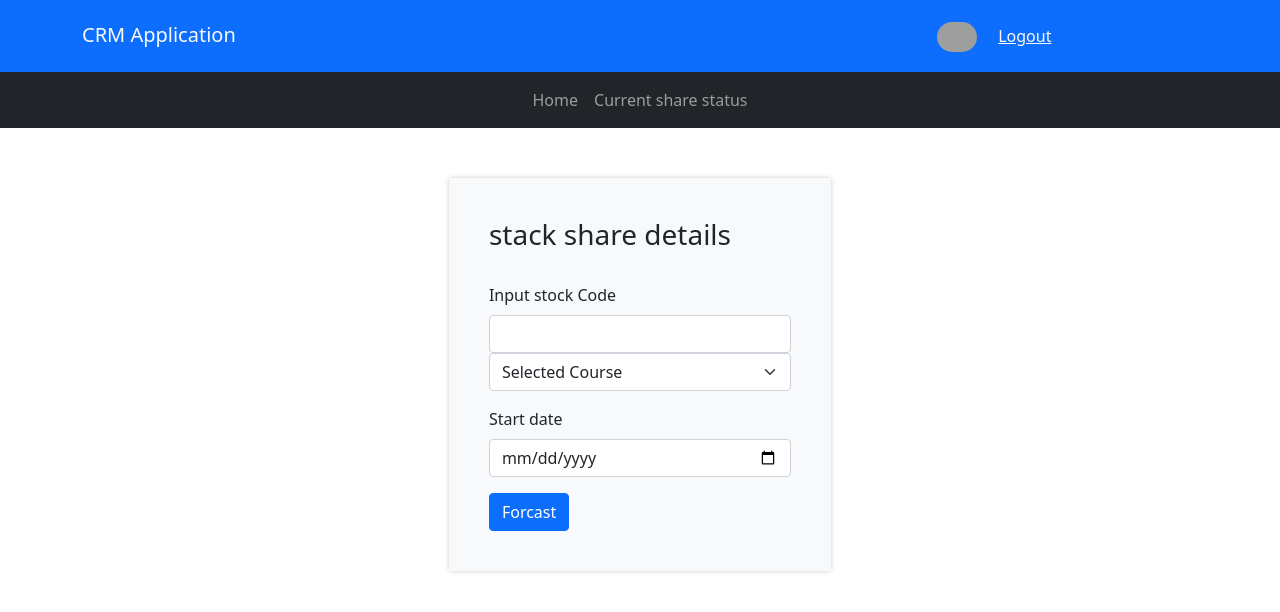
Repository: DevloperSudip/Insight-Dashboard
Page: http://localhost/DashProject/WEB-INF/views/forcastdata.jsp
The author's editor kept a copy of each file at every save. The page is drawn from the files as they stood at one save, then again after the next save.
The browser window is 1280 px wide. The pictures show the whole page.
Pictures or frames that could not be fetched are drawn as grey boxes. The page is served by Tomcat 10. Nobody is signed in. Other server files are loaded and not shown. The template is opened directly, without the code that normally fills it, so the values that code supplies are empty.

Above is the page before, as saved 2024-04-24 09:44:59.

### DashProject_FinalProject/DashProject/src/main/webapp/WEB-INF/views/forcastdata.jsp
<%@ page language="java" contentType="text/html; charset=ISO-8859-1"
    pageEncoding="ISO-8859-1"%>
<!DOCTYPE html>
<html>
<head>
<meta charset="ISO-8859-1">
<title>Insert title here</title>
<meta charset="utf-8">
        <meta name="viewport" content="width=device-width, initial-scale=1">
        <link href="https://cdn.jsdelivr.net/npm/bootstrap@5.0.2/dist/css/bootstrap.min.css" rel="stylesheet" />
        <script src="https://cdn.jsdelivr.net/npm/bootstrap@5.0.2/dist/js/bootstrap.bundle.min.js"></script>

        <link rel="stylesheet" type="text/css" href="css/style.css" />

        <script src="https://cdnjs.cloudflare.com/ajax/libs/Chart.js/2.9.4/Chart.js"></script>
        	<script type="text/javascript">
			function getSelectedCourse()
			{
				var selectedcourse = document.getElementById('coursename').value;
				//alert(selectedcourse);

				if(selectedcourse !== "")
				{
					var xhr = new XMLHttpRequest();
					xhr.open("GET", "/getCoursePrices?selectedcourse="+selectedcourse, true);
					xhr.onreadystatechange = function() {
						if(xhr.readyState === 4 && xhr.status === 200)
						{
							var response = JSON.parse(xhr.responseText);

							var product = response;

							var discountedprice = product.discountedprice;
							var originalprice = product.originalprice;

							document.getElementById("originalpriceid").textContent = originalprice;
							document.getElementById("discountedpriceid").textContent = discountedprice;

							$("#priceDivId").css("visibility", "visible");
						}
					};
					xhr.send();
				}
				else
				{
					$("#priceDivId").css("visibility", "hidden");
				}
			}
		</script>
</head>
<body>
 <jsp:include page="header-employee.jsp" />

<div class="container-fluid">
			<div class="container">


				<div class="row">
					<div class="col-3"></div>
					<div class="col-6 d-flex justify-content-center">
						<div class="addemp_div_design bg-light">
							<h3>stack share details  </h3>
							<br />
							<form action="addEmpForm" method="post" >
								<div class="mb-3">
									<label class="form-label">Input stock Code</label>
									<input type="text" name="stockCode" id="stockCode " Class="form-control"/>
									<select type="coursename" id="coursename" Class="form-select" onchange="getSelectedCourse()">
										<option value="">Selected Course</option>
										<options items="${model_coursename_list}" />
									</select>
								</div>
								<div class="mb-3">
									<label class="form-label">Start date</label>
									<input type="date" name="startdate" id="startdate" Class="form-control"/>
								</div>

								<input type="submit" value="Forcast" class="btn btn-primary" />
							</form>
						</div>
					</div>
					<div class="col-3"></div>
				</div>
			</div>
		</div>
</body>
</html>

### DashProject_FinalProject/DashProject/src/main/webapp/WEB-INF/views/header-employee.jsp
<%@ page language="java" contentType="text/html; charset=ISO-8859-1"
    pageEncoding="ISO-8859-1"%>
<!DOCTYPE html>
<html>
	<head>
		<meta charset="ISO-8859-1">
		<title>Insert title here</title>
	</head>
	<body>
		<div class="container-fluid bg-primary header_design">
            <div class="container">
                <div class="row">
                    <div class="col-3">
                        <a href="homeEmployee" class="navbar-brand text-light"> CRM Application </a>
                    </div>
                    <div class="col-6"> </div>
                    <div class="col-3">
                        <a class="navbar-brand text-light" href="profileEmployee">
                            <img src="images/admin_profile_pic.png" alt="" style="width:40px;" class="rounded-pill">
                            ${session_employee.getName()}
                        </a>
                        <a href="logout" class="text-light"> Logout </a>
                    </div>
                </div>
            </div>
        </div>

        <nav class="navbar navbar-expand-sm bg-dark navbar-dark container-fluid">
            <div class="container">
                <button class="navbar-toggler" type="button" data-bs-toggle="collapse" data-bs-target="#collapsibleNavbar">
                    <span class="navbar-toggler-icon"></span>
                </button>
                <div class="collapse navbar-collapse justify-content-center" id="collapsibleNavbar">
                    <ul class="navbar-nav">
                    	<li class="nav-item">
                            <a class="nav-link" href="homeEmployee">Home</a>
                        </li>
                       <!--  <li class="nav-item">
                            <a class="nav-link" href="customerEnquiryPage">Customer's Enquiry</a>
                        </li>
                        <li class="nav-item">
                            <a class="nav-link" href="customerFolloupPage">Customer Follow Ups</a>
                        </li> -->
                    <li class="nav-item">
                            <a class="nav-link" href="forcast">Current share status</a>
                        </li>
                    </ul>
                </div>
            </div>
        </nav>
	</body>
</html>

### DashProject_FinalProject/DashProject/src/main/resources/static/css/style.css
.header_design
{
    height: auto;
    width: 100%;
    float: left;
    padding: 20px;
}
.main_page_banner
{
    height: auto;
    width: auto;
    background-image: url('https://c4.wallpaperflare.com/wallpaper/163/392/912/map-wold-map-technology-world-wallpaper-preview.jpg');
    /* opacity: .8; */
    /* background-size: cover; */
}
.main_page_title
{
    float: left;
    margin-top: 80px;
    font-size: 26px;
    color: white;
    text-shadow: 1px 1px 1px #ffff00;
}
.login_div_design
{
    padding: 40px;
    box-shadow: 0px 0px 5px #cccccc;
    float: left;
    margin-top: 50px;
}
.addemp_div_design
{
    width: 70%;
    padding: 40px;
    box-shadow: 0px 0px 5px #cccccc;
    float: left;
    margin-top: 50px;
}
.form_div_design
{
	width: 100%;
	padding: 40px;
	box-shadow: 0px 0px 5px #cccccc;
	float: left;
    margin-top: 20px;
}
.error_message_design
{
	color: red;
	font-size: 14px;
	font-weight: bold;
}
.course_details_div
{
	height: auto;
	width: auto;
	padding: 20px;
	box-shadow: 0px 0px 5px #cccccc;
}

After the next save:
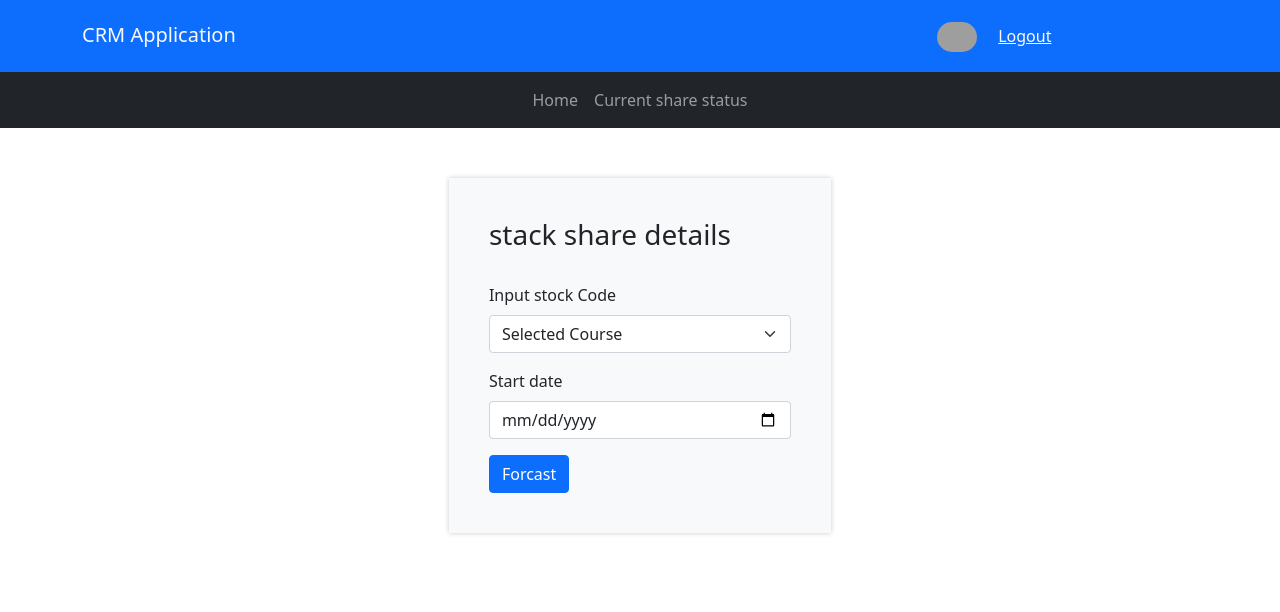
Saved 17 s later.
--- a/DashProject_FinalProject/DashProject/src/main/webapp/WEB-INF/views/forcastdata.jsp
+++ b/DashProject_FinalProject/DashProject/src/main/webapp/WEB-INF/views/forcastdata.jsp
@@ -64,7 +64,6 @@
 							<form action="addEmpForm" method="post" >
 								<div class="mb-3">
 									<label class="form-label">Input stock Code</label>
-									<input type="text" name="stockCode" id="stockCode " Class="form-control"/>
 									<select type="coursename" id="coursename" Class="form-select" onchange="getSelectedCourse()">
 										<option value="">Selected Course</option>
 										<options items="${model_coursename_list}" />
